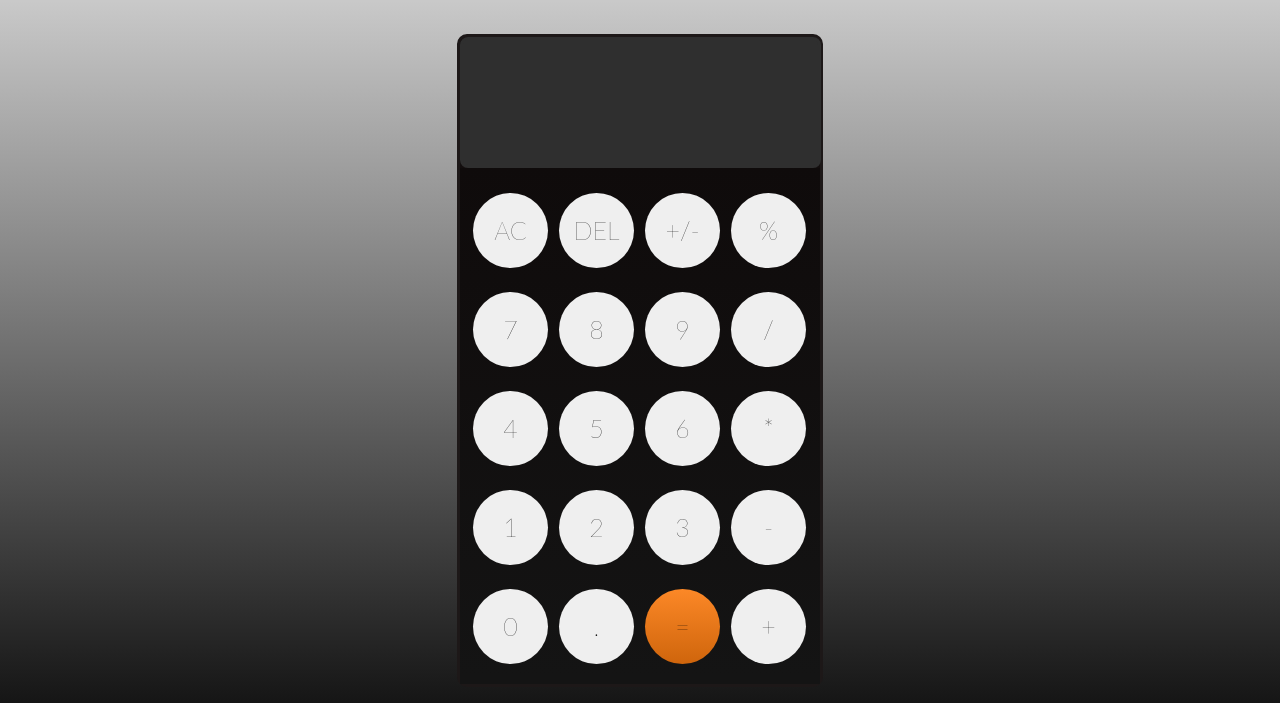
Repository: MhlengiNgubane/BrainnestJsTwo
Page: index.html
An editor plug-in stored every save of this project. The page is shown before and after a run of saves, followed by the edit.
The browser window is 1280 px wide. The pictures show the whole page.

Above is the page before, as saved 2022-09-12 09:25:39.

### index.html
<!DOCTYPE html>
<html lang="en">
<head>
    <meta charset="UTF-8">
    <meta http-equiv="X-UA-Compatible" content="IE=edge">
    <meta name="viewport" content="width=device-width, initial-scale=1.0">
    <title>CALCULATOR</title>

    <link rel="stylesheet" href="style.css">
</head>
    <body>

            <div class="container">
                <div class = "display"></div>
                <div class="buttons">
                    <button value="AC" class="brown clear">AC</button>
                    <button value="DEL" class="brown delete">DEL</button>
                    <button value="+/-" class="brown plusMinus">+/-</button>
                    <button value="%" class="brown percent">%</button>

                    <button value="7" class="number">7</button>
                    <button value="8" class="number">8</button>
                    <button value="9" class="number">9</button>
                    <button value="/" class="brown operator">/</button>

                    <button value="4" class="number">4</button>
                    <button value="5" class="number">5</button>
                    <button value="6" class="number">6</button>
                    <button value="*" class="brown operator">*</button>

                    <button value="1" class="number">1</button>
                    <button value="2" class="number">2</button>
                    <button value="3" class="number">3</button>
                    <button value="-" class="brown operator">-</button>

                    <button value="0" class="zero number">0</button>
                    <button value="." class="decimal">.</button>
                    <button value="=" class="equal operator">=</button>
                    <button value="+" class="brown operator">+</button>
                </div>
            </div>

        <script src="App.js"></script>
    </body>
</html>

### style.css
* {
    border: 0;
    margin: 0;
    padding: 0;
    font-family: 'lato';
    font-weight: 100;
}

body{
    font-family: 'Roboto';
    font-weight: 400;
    background: linear-gradient(360deg, #141414 1.56%, rgba(0, 0, 0, 0.21) 100%);
    width: 100%;
    height: 100vh;
    display: flex;
    flex-direction: column;
    align-items: center;
    justify-content: center;
}



.container{
    align-items: center;
    margin: auto;
    margin-top: 60px;
    width: 360px;
    border: 20px;
    border: 3px solid #1d1818;
    background-color: #130e0e;
    border-radius: 10px;
    margin-bottom: 60px;
}

.display {
    position: relative;
    width: 355px;
    height: 125px;
    border: 3px solid #2f2f2f;
    text-align: right;
    border-radius: 8px;
    background-color: #2f2f2f;
    color: #fff;
}

.display p {
    position: absolute;
    bottom:0;
    right:0;
    font-size: 60px;
}

.buttons{
    display: grid;
    grid-template-columns: repeat(4, 1fr);
    row-gap: 10px;
    column-gap: 10px;
    background: linear-gradient(360deg, #141414 1.56%, rgba(0, 0, 0, 0.21) 100%);
    padding: 18px 13px 13px 13px;
}

button{
    border: 1;
    outline: none;
    height: 75px;
    width: 75px;
    border-radius: 70px;
    text-align: center;
    margin-top: 7px;
    margin-bottom: 7px;
    font-size: 25px;
}

.grey{
    background: linear-gradient(180deg, #7F878C 0%, #4C5154 100%);
}


.equal{
    background: linear-gradient(180deg, #FC8827 0%, #CF650C 100%);
}

@media(max-width: 430px){
    .wrapper{
        width: 100%;
        height: 100%;
        border-radius: 0;
    }

    .buttons{
        row-gap: 5px;
        column-gap: 5px;
        background: linear-gradient(360deg, #141414 1.56%, rgba(0, 0, 0, 0.21) 100%);
        padding: 18px 13px 13px 13px;
    }


}

### App.js
/* Add two numbers */
function add(firstNumber, secondNumber){
  return firstNumber + secondNumber;
}
/* subtract two numbers */
function subtract(firstNumber, secondNumber){
  return firstNumber - secondNumber;
}
/* multiply two numbers */
function multiply(firstNumber, secondNumber){
  return firstNumber * secondNumber;
}
/* divide two numbers */
function divide(firstNumber, secondNumber){
  return firstNumber / secondNumber;
}
/* Make the operations */
function operate(operator, firstNumber, secondNumber){
  if(operator === '+'){
      return add(firstNumber, secondNumber);
  }
  else if(operator === '-'){
      return subtract(firstNumber, secondNumber);
  }
  else if(operator === '*'){
      return multiply(firstNumber, secondNumber);
  }
  else if(operator === '/'){
      return divide(firstNumber, secondNumber);
  }
  return secondNumber;
}

const display = document.querySelector('.display');

const calculator = {
  displayValue: '0',
  firstNumber: null,
  operator: null,
  secondNumber: false,
};

function clear() {
  calculator.displayValue = '0';
  calculator.firstNumber = null;
  calculator.operator = null;
  calculator.secondNumber = false;
}

function updateDisplay() {
  display.value = calculator.displayValue;
}

const buttons = document.querySelector('.buttons');
buttons.addEventListener('click', (e) => {
const target = e.target;

  if (!target.matches('button')) {
      return;
  }

  if (target.classList.contains('clear')) {
      clear();
      updateDisplay();
      return;
  }

  if (target.classList.contains('delete')) {
      undo();
      return;
  }

  if (target.classList.contains('plusMinus')) {
      plusMinus();
      return;
  }

  if (target.classList.contains('percent')) {
      percentage();
      return;
  }

  if (target.classList.contains('decimal')) {
      decimal(target.value);
      updateDisplay();
      return;
  }

  if (target.classList.contains('operator')) {
      calculate(target.value);
      updateDisplay();
      return;
  }

      displayNumber(target.value);
      updateDisplay();
});

function undo(){
  display.value = display.value.slice(0, -1);
  calculator.displayValue = display.value;
}

function plusMinus(){
  let displayPlusMinus = calculator.displayValue;
  if(displayPlusMinus >= 0){
      display.value = '-' + displayPlusMinus;
  }
  calculator.displayValue = display.value;
}

function percentage(){
  let displayPercent = calculator.displayValue;
  if(displayPercent != 0){
      display.value = displayPercent / 100;
  }
 calculator.displayValue = display.value;
}

function decimal(dot) {
  if (calculator.secondNumber === true) {
      calculator.displayValue = '0.'
      calculator.secondNumber = false;
      return
  }
  if (!calculator.displayValue.includes(dot)) {
      calculator.displayValue += dot;
  }
}

function displayNumber(number) {
  let displayValue = calculator.displayValue;
  const secondNumber = calculator.secondNumber;

  if (secondNumber === true) {
      calculator.displayValue = number;
      calculator.secondNumber = false;
  }
  else if(displayValue === '0'){
      calculator.displayValue = number;
  }
  else{
      calculator.displayValue = displayValue + number;
  }
}

function calculate(inputOperator) {
  const firstNumber = calculator.firstNumber;
  const displayValue = calculator.displayValue;
  const operator  = calculator.operator;

  const inputValue = parseFloat(displayValue);

  if (operator && calculator.secondNumber)  {
      calculator.operator = inputOperator;
      return;
    }

  if (firstNumber == null) {
      calculator.firstNumber = inputValue;

  } else if (operator) {
      const result = operate(operator, firstNumber, inputValue);
      calculator.displayValue = `${parseFloat(result.toFixed(6))}`;
      calculator.firstNumber = result;
  }
  calculator.secondNumber = true;
  calculator.operator = inputOperator;
  console.log(calculator);
}

After the next 4 saves:
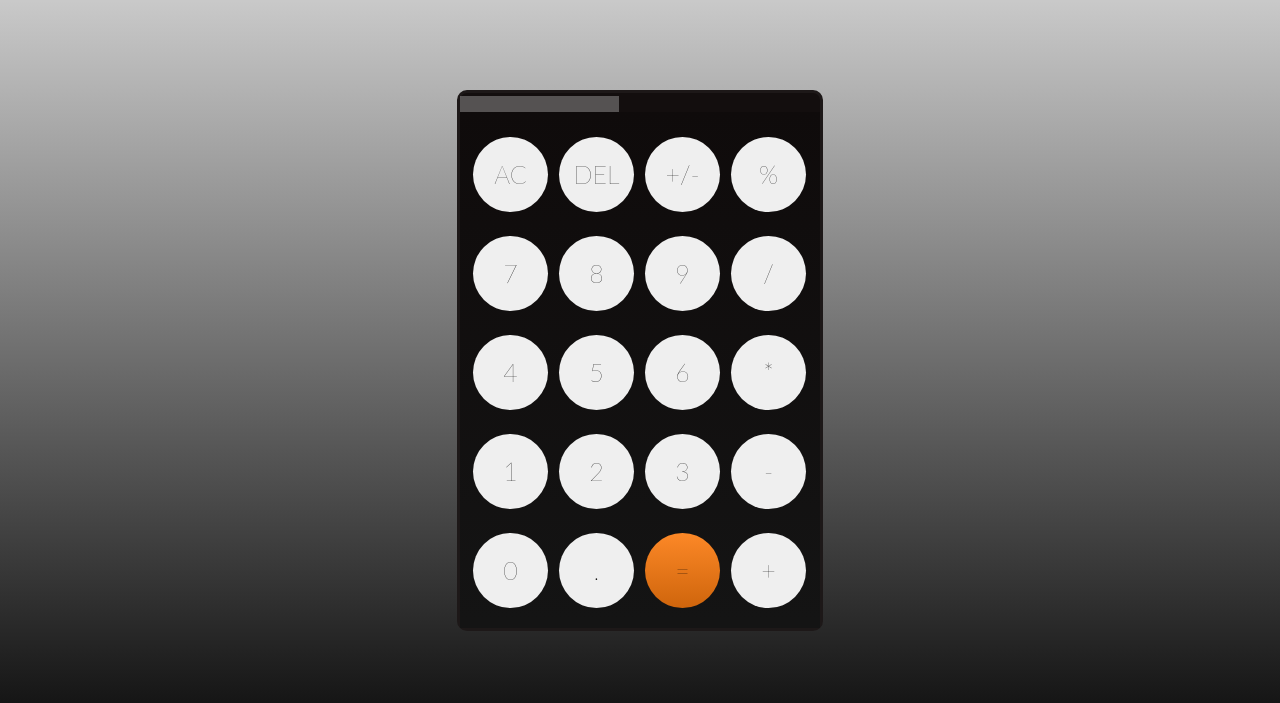
The 4 saves are shown as one change because they came seconds apart.
The last was saved 29 s later.
--- a/index.html
+++ b/index.html
@@ -9,9 +9,9 @@
     <link rel="stylesheet" href="style.css">
 </head>
     <body>
-
+        <div class="wrapper">
             <div class="container">
-                <div class = "display"></div>
+                <input type="text" class="input" value="" disabled />
                 <div class="buttons">
                     <button value="AC" class="brown clear">AC</button>
                     <button value="DEL" class="brown delete">DEL</button>
@@ -39,7 +39,7 @@
                     <button value="+" class="brown operator">+</button>
                 </div>
             </div>
-
+        </div>
         <script src="App.js"></script>
     </body>
 </html>
